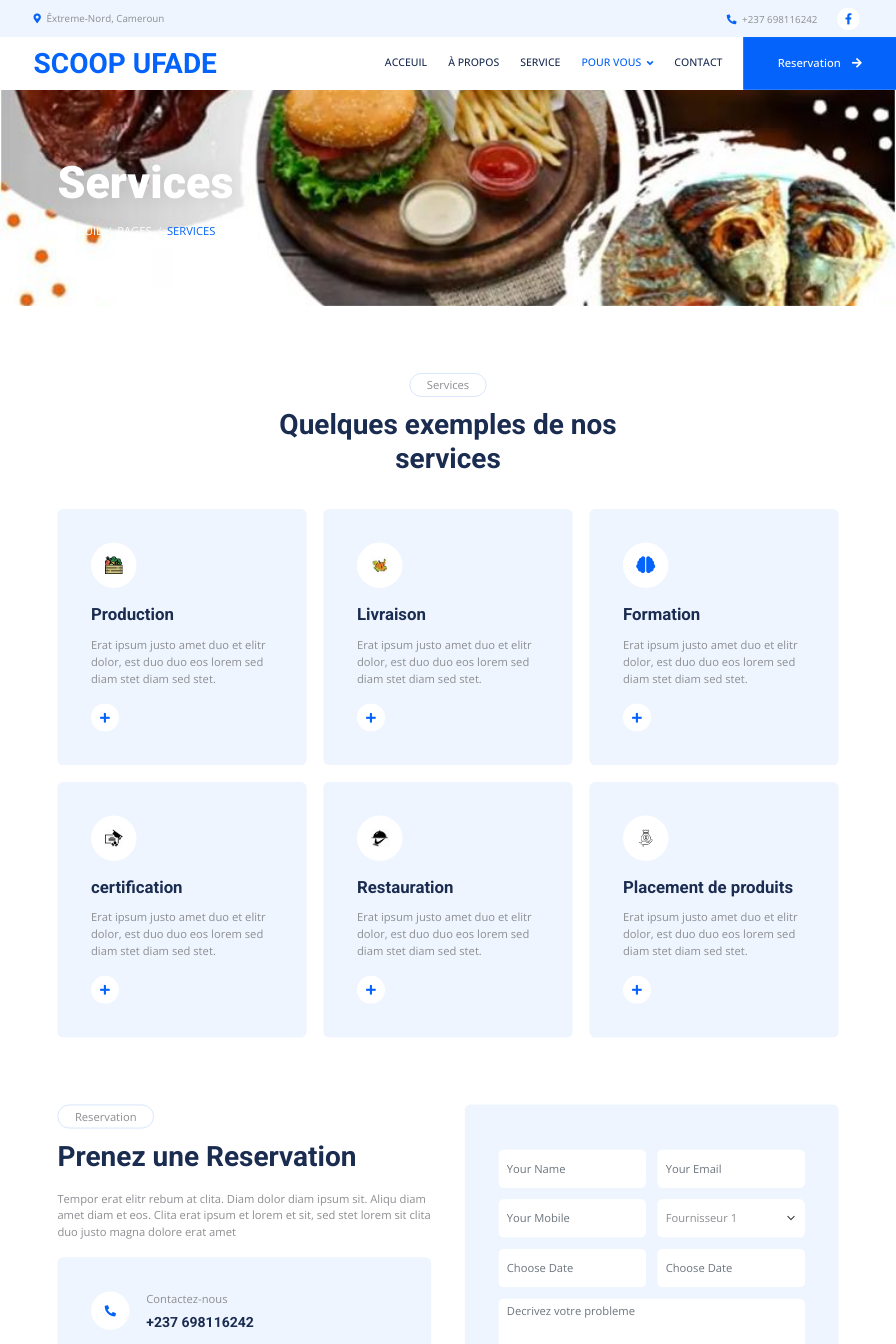
Repository: ryantido/scoop-ufade
Page: service.html
These files come from the project's save history. The page is drawn as it stood at one moment and after the next save; the edit follows.
The browser window is 1280 px wide. The pictures show the part of the page from y = 0 to 1920 px (the page is 3192 px tall before and 3244 px after), at 70% of full size.
Some web libraries are served in a nearby version.

Above is the page before, as saved 2025-02-28 13:46:21.

After the next save:
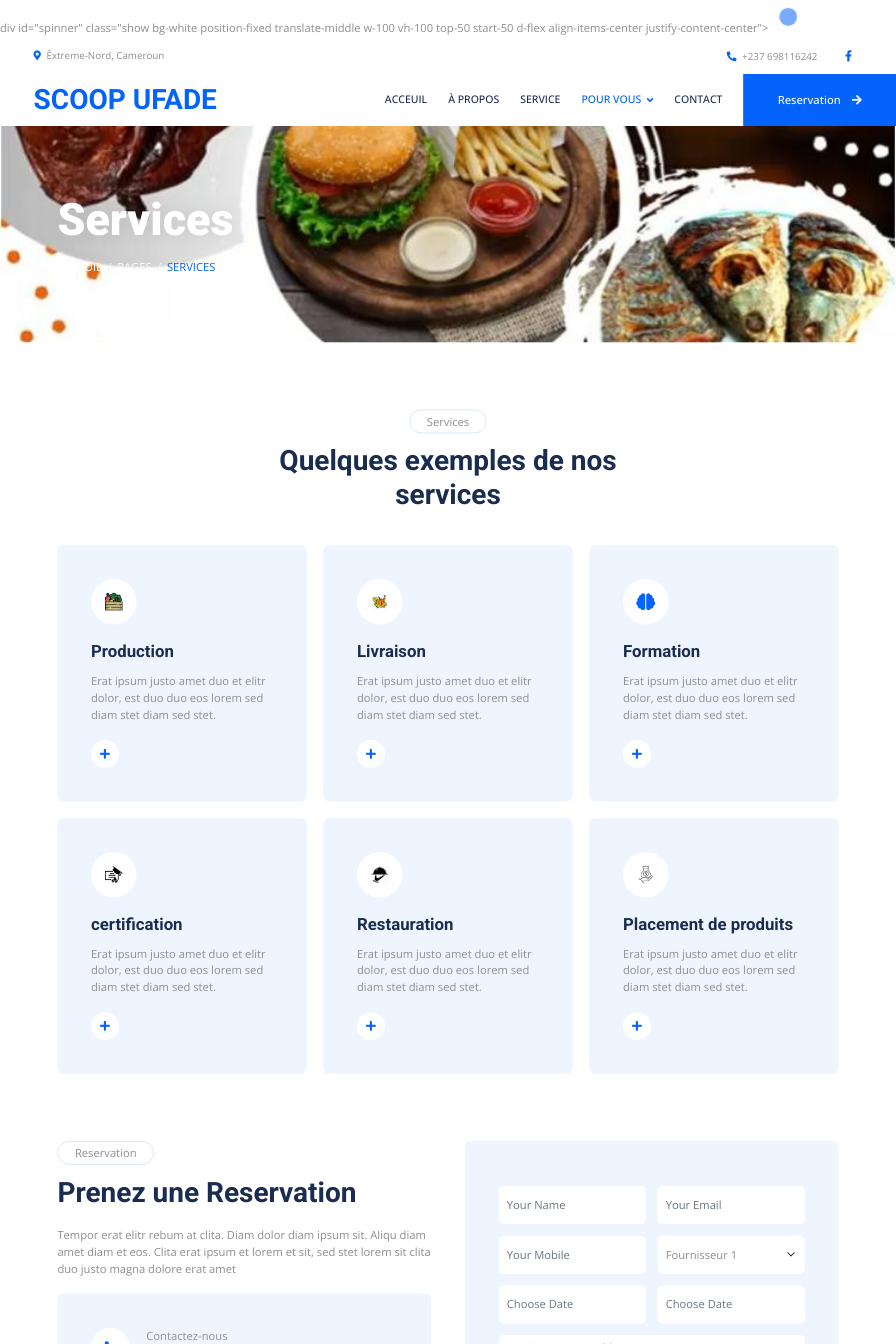
Saved 50 days later.
--- a/service.html
+++ b/service.html
@@ -27,11 +27,11 @@
 </head>
 
 <body>
-    <!--div id="spinner" class="show bg-white position-fixed translate-middle w-100 vh-100 top-50 start-50 d-flex align-items-center justify-content-center">
+    div id="spinner" class="show bg-white position-fixed translate-middle w-100 vh-100 top-50 start-50 d-flex align-items-center justify-content-center">
         <div class="spinner-grow text-primary" style="width: 3rem; height: 3rem;" role="status">
             <span class="sr-only">Loading...</span>
         </div>
-    </div-->
+    </div
 
     <div class="container-fluid bg-light p-0 wow fadeIn" data-wow-delay="0.1s">
         <div class="row gx-0 d-none d-lg-flex">
